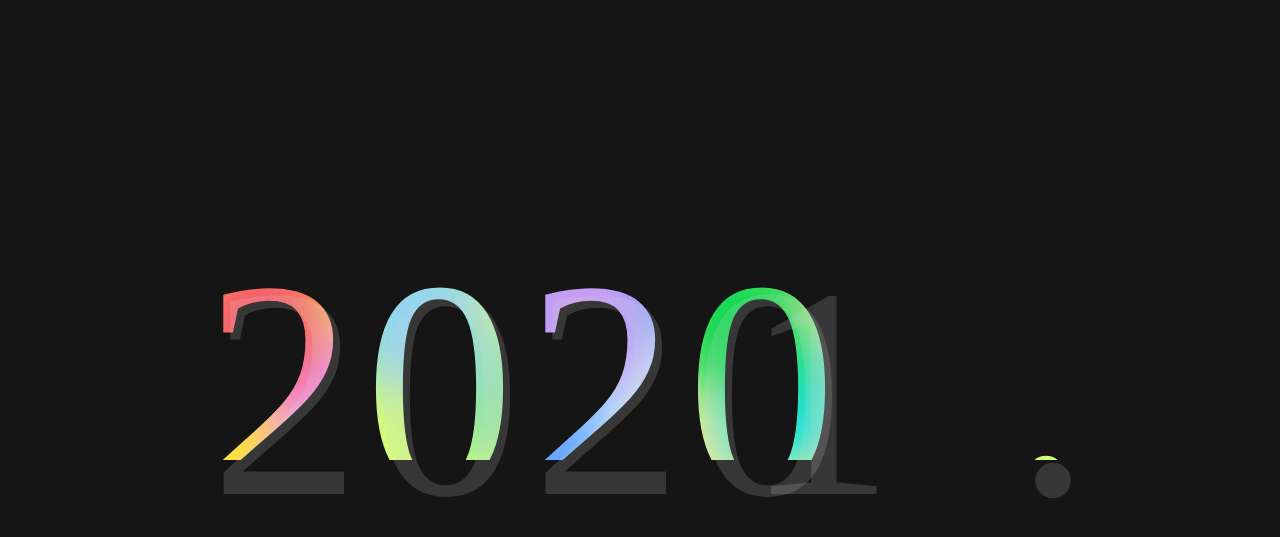
Repository: ramtoppo12/Happy-new-year-2021
Page: index.html
An editor plug-in stored every save of this project. The page is shown before and after the next save, followed by the edit.
The browser window is 1280 px wide. The pictures show the whole page.
Some web fonts or font styles are not loaded; a fallback is used.

Above is the page before, as saved 2020-12-24 23:26:07.

### index.html
<!DOCTYPE html>
<html lang="en">
<head>
    <meta charset="UTF-8">
    <meta name="viewport" content="width=device-width, initial-scale=1.0">
    <title>Welcome 2021</title>
    <link rel="stylesheet" href="style.css">
</head>
<body>
    <div class="text text-1">2</div>
    <div class="text text-2">0</div>
    <div class="text text-3">2</div>
    <div class="text text-4">0</div>

    <div class="text text-5">1</div>
    <div class="text text-2">.</div>
</body>
</html>

### style.css
@import url("https://fonts.googleapis.com/css?family=Modak");

* {
  margin: 0;
  padding: 0;
  box-sizing: border-box;
}

body {
  background: #151515;
  text-align: center;
}

.text {
  height: 200px;
  display: inline-block;
  font-size: 300px;
  line-height: 84%;
  font-family: Modak;
  padding-left: 7px;
  background-clip: text;
  -webkit-background-clip: text;
  color: transparent;
  margin-top: calc(50vh - 100px);
  text-shadow: 7px 7px 0px #d2d2d22e;
}

.text-1 {
  background-image: url("data:[embedded picture, 1301 characters]");
}

.text-2 {
  background-image: url("data:[embedded picture, 1301 characters]");
}

.text-3 {
  background-image: url("data:[embedded picture, 1301 characters]");
}

.text-4 {
  background-image: url("data:[embedded picture, 1300 characters]");
}
.text-5 {
  transform: translateX(-70%);
}

After the next save:
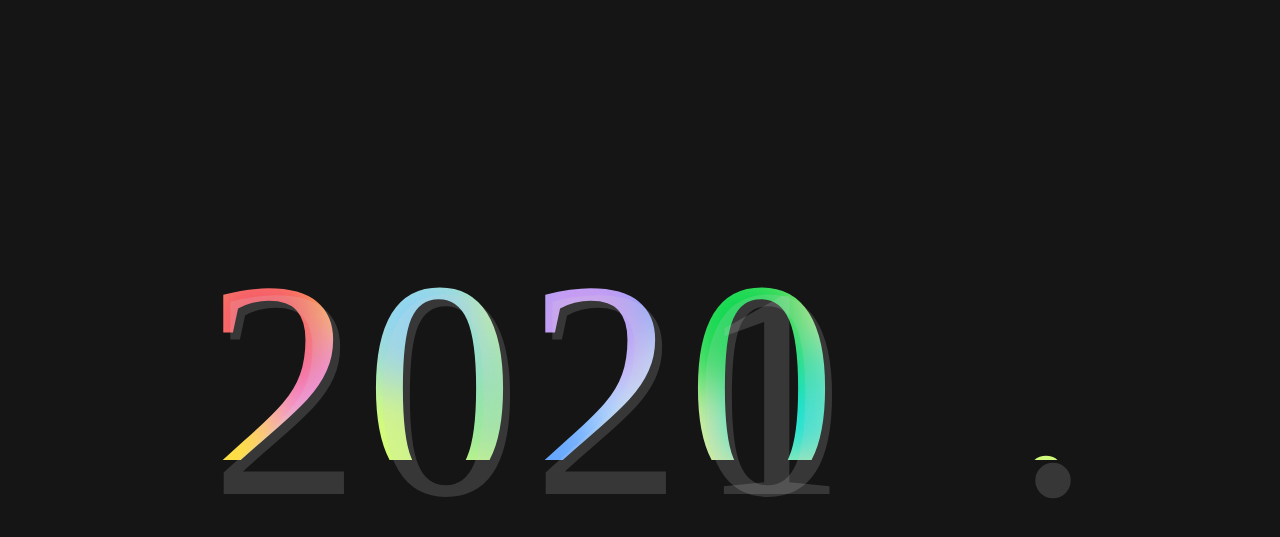
Saved 12 s later.
--- a/style.css
+++ b/style.css
@@ -41,5 +41,5 @@ body {
   background-image: url("data:[embedded picture, 1300 characters]");
 }
 .text-5 {
-  transform: translateX(-70%);
+  transform: translateX(-100%);
 }
